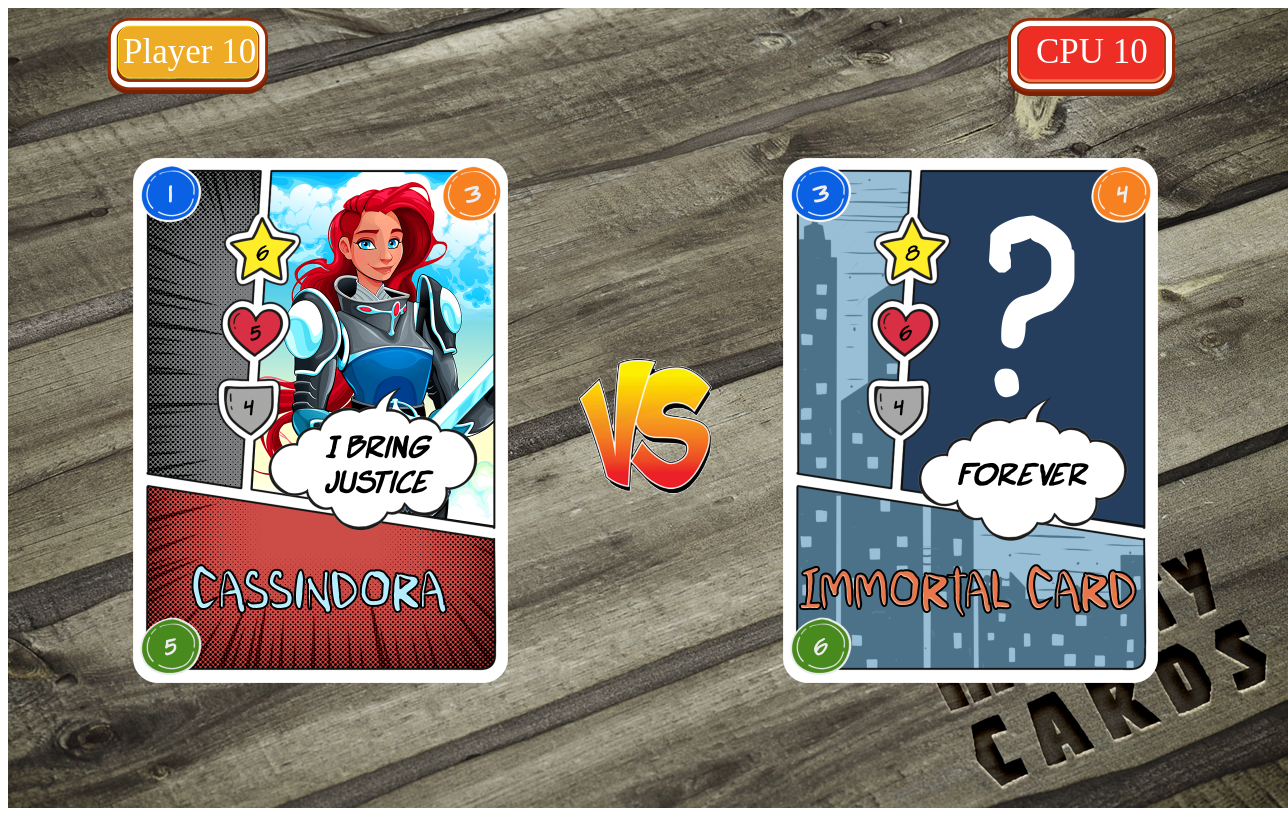
Repository: getvoiceagency/html5
Page: index.html
The author's editor kept a record of every edit. The page is drawn from the files as they stood at one moment, then again after the next edit.
The browser window is 1280 px wide. The page is 1288 px wide, so the pictures cover 1288 px, including what lies to the right of the window. The pictures show the whole page.
Some web libraries are served in a nearby version.

Above is the page before.

After the next edit:
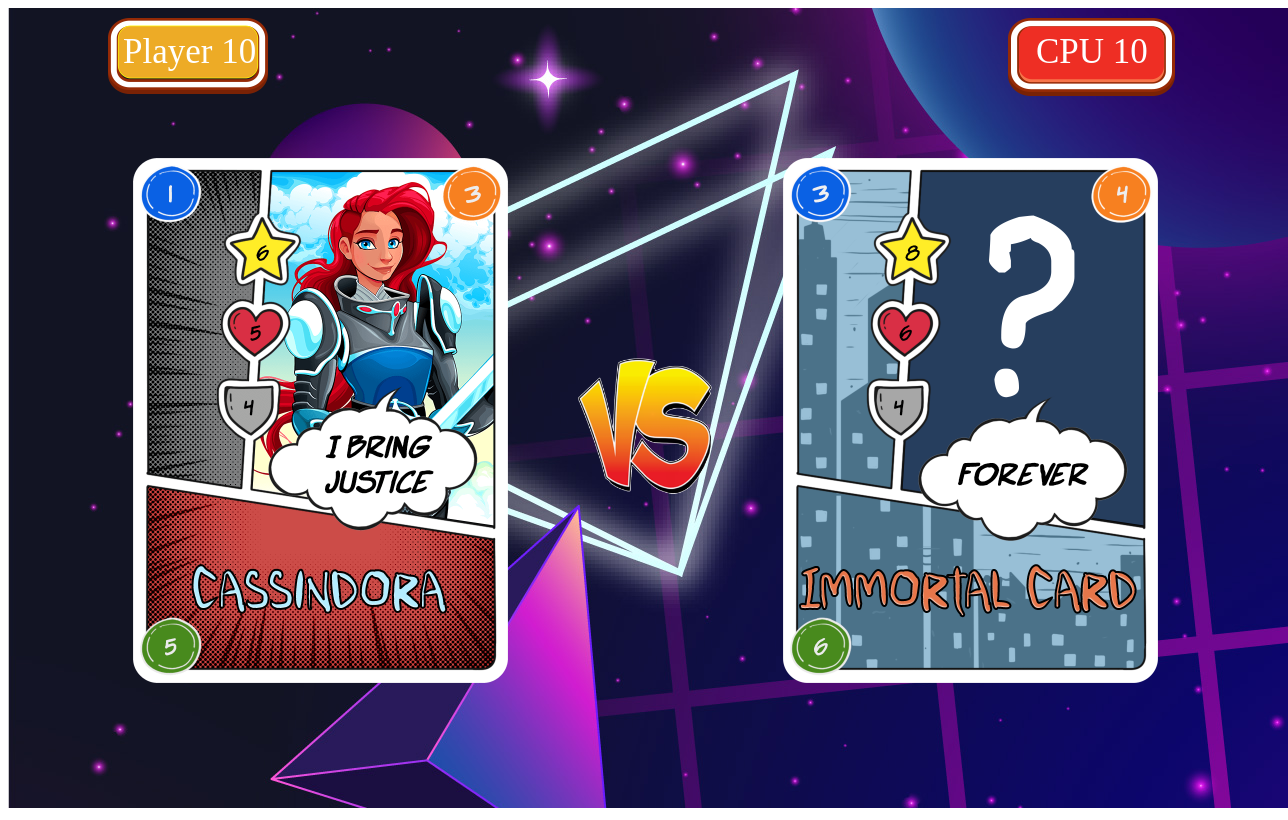
The edit:
--- a/index.html
+++ b/index.html
@@ -50,7 +50,8 @@
 // set container
 //Set background
     stage.addChild(container);
-    var landscapeTexture = PIXI.Texture.fromImage('spot-background.png');
+    var landscapeTexture = PIXI.Texture.fromImage('2613089.jpg');
+
 
     var background = new PIXI.Sprite(landscapeTexture);
 
